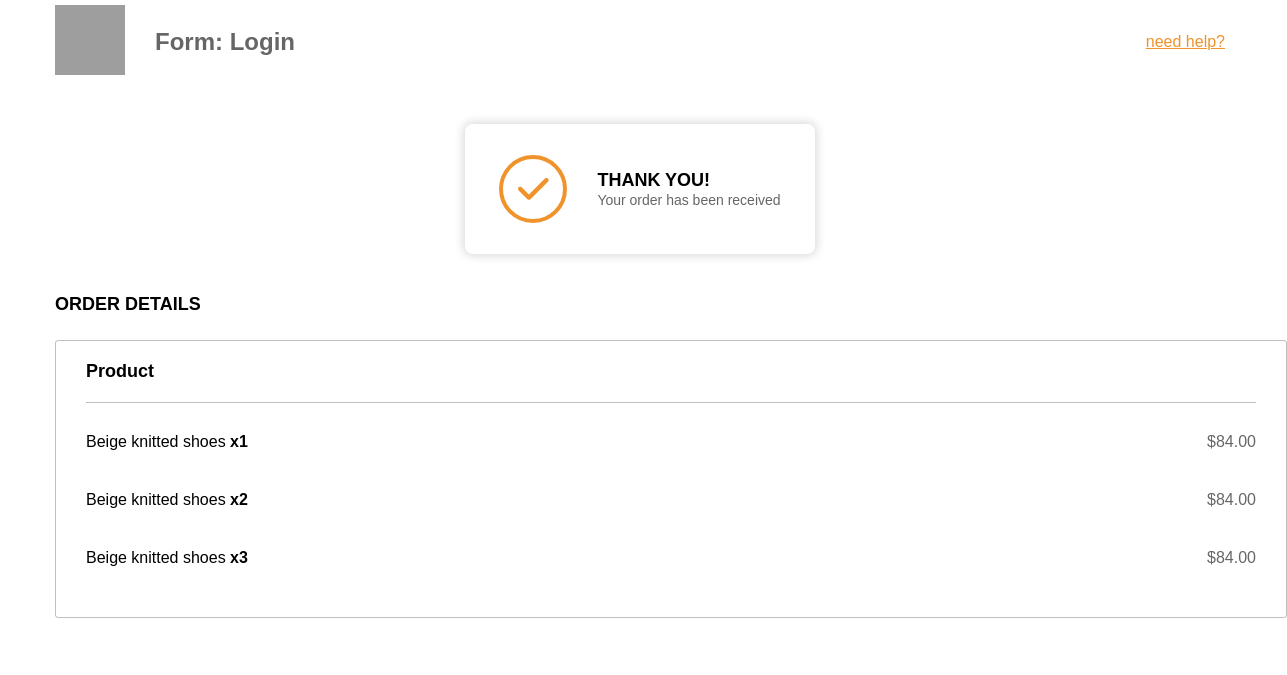
Repository: NguyenDucHung20002/project-homev1
Page: checkout/checkout.html
An editor plug-in stored every save of this project. The page is shown before and after the next save, followed by the edit.
The browser window is 1280 px wide. The page is 1287 px wide, so the pictures cover 1287 px, including what lies to the right of the window. The pictures show the whole page.
Pictures or frames that could not be fetched are drawn as grey boxes. The style sheet was rebuilt from its Sass, Less or Tailwind sources for each picture, by a compiler version that may differ from the author's.

Above is the page before, as saved 2022-09-20 10:19:15.

### checkout/checkout.html
<!DOCTYPE html>
<html lang="en">

<head>
    <meta charset="UTF-8">
    <meta http-equiv="X-UA-Compatible" content="IE=edge">
    <meta name="viewport" content="width=device-width, initial-scale=1.0">
    <!-- <link rel="stylesheet" href="../reset.css"> -->
    <link rel="stylesheet" href="../fontawesome-free-6.1.2-web/css/all.min.css">
    <link rel="stylesheet" href="../dist/css/checkout.css">
    <title>Document</title>
    <link rel="icon" href="/icon/favicon.png">
</head>

<body>
    <header>
        <div class="header">
            <div class="container">
                <div class="header-right">
                    <a href="../homev1.html"><img
                            src="http://wp.0effortthemes.com/themes/veggie/wp-content/uploads/2016/06/header-v3-logo.png"
                            alt=""></a>
                    <h2 class="name-form">Form: Login</h2>
                </div>
                <div class="header-left">
                    <a href="" class="help">need help?</a>
                </div>
            </div>
        </div>
    </header>

    <div class="content">
        <div class="container">
            <div class="thank-you">
                <i class="fa-solid fa-check"></i>
                <div class="title">
                    <span><strong>THANK YOU!</strong></span><br>
                    <span>Your order has been received</span>
                </div>
            </div>
            <span class="title-order-details"><strong>ORDER DETAILS</strong></span>
            <div class="order-details">
                <span class="title-product"><strong>Product</strong></span>
                <div class="cart-items">
                    <div class="items">
                        <span class="name-items">Beige knitted shoes <strong>x1</strong></span>
                        <span class="price-items">$84.00</span>
                    </div>
                    <div class="items">
                        <span class="name-items">Beige knitted shoes <strong>x2</strong></span>
                        <span class="price-items">$84.00</span>
                    </div>
                    <div class="items">
                        <span class="name-items">Beige knitted shoes <strong>x3</strong></span>
                        <span class="price-items">$84.00</span>
                    </div>
                </div>
                <div class="sub-total">

                </div>
            </div>
        </div>
    </div>

</body>

<script src="https://cdnjs.cloudflare.com/ajax/libs/jquery/3.6.0/jquery.min.js"
    integrity="sha512-894YE6QWD5I59HgZOGReFYm4dnWc1Qt5NtvYSaNcOP+u1T9qYdvdihz0PPSiiqn/+/3e7Jo4EaG7TubfWGUrMQ=="
    crossorigin="anonymous" referrerpolicy="no-referrer"></script>
<script src="./checkout.js"></script>

</html>

### checkout/checkout.js
// $(".btn-checkout").click((e) => {
//   e.preventDefault();
// });

### checkout/checkout.scss
* {
  font-family: "Poppins", sans-serif;
}
body {
  position: relative;
}
.container {
  margin: 0 auto;
  width: 1170px;
}
header {
  width: 100%;
  position: fixed;
  top: 0;
  left: 0;
  z-index: 10000;
  background-color: rgba(#ffffff, 0.8);
  .header {
    .container {
      display: flex;
      align-items: center;
      justify-content: space-between;
      padding: 5px;
      .header-right {
        display: flex;
        justify-content: flex-start;
        align-items: center;
        a {
          img {
            width: 70px;
            height: 70px;
          }
        }
        .name-form {
          color: #666;
          margin-left: 30px;
        }
      }
      .header-left {
        a {
          color: #f0932b;
        }
      }
    }
  }
}
.content {
  .container {
    background-color: #ffffff;
    margin-top: 84px;
    padding: 40px 0px;
    .thank-you {
      display: flex;
      align-items: center;
      justify-content: center;
      width: 350px;
      height: 130px;
      margin: 0 auto;
      border-radius: 8px;
      box-shadow: 0px 0px 10px 2px rgba(0, 0, 0, 0.15);
      i {
        color: #f0932b;
        text-align: center;
        line-height: 60px;
        width: 60px;
        height: 60px;
        border: 4px solid #f0932b;
        border-radius: 50%;
        font-size: 35px;
        font-weight: bold;
        margin-right: 30px;
      }
      .title {
        span {
          font-size: 14px;
          color: #666;
        }
        strong {
          color: black;
          font-size: 18px;
        }
      }
    }
    .title-order-details {
      display: inline-block;
      margin: 40px 0px 25px;
      color: black;
      font-size: 18px;
    }
    .order-details {
      width: 100%;
      border-radius: 3px;
      padding: 20px 30px;
      border: 0.5px solid rgba(0, 0, 0, 0.25);
      .title-product {
        display: inline-block;
        width: 100%;
        font-size: 18px;
        font-weight: bold;
        padding-bottom: 20px;
        border-bottom: 0.5px solid rgba(0, 0, 0, 0.25);
      }
      .cart-items {
        padding: 10px 0px;
        .items {
          display: flex;
          align-items: center;
          justify-content: space-between;
          padding: 20px 0px;
          .name-items {
          }
          .price-items {
            color: #666;
          }
        }
      }
      .sub-total {
        display: flex;
        align-items: center;
        justify-content: space-between;
      }
    }
  }
}

Loaded but not shown: fontawesome-free-6.1.2-web/css/all.min.css (library)

After the next save:
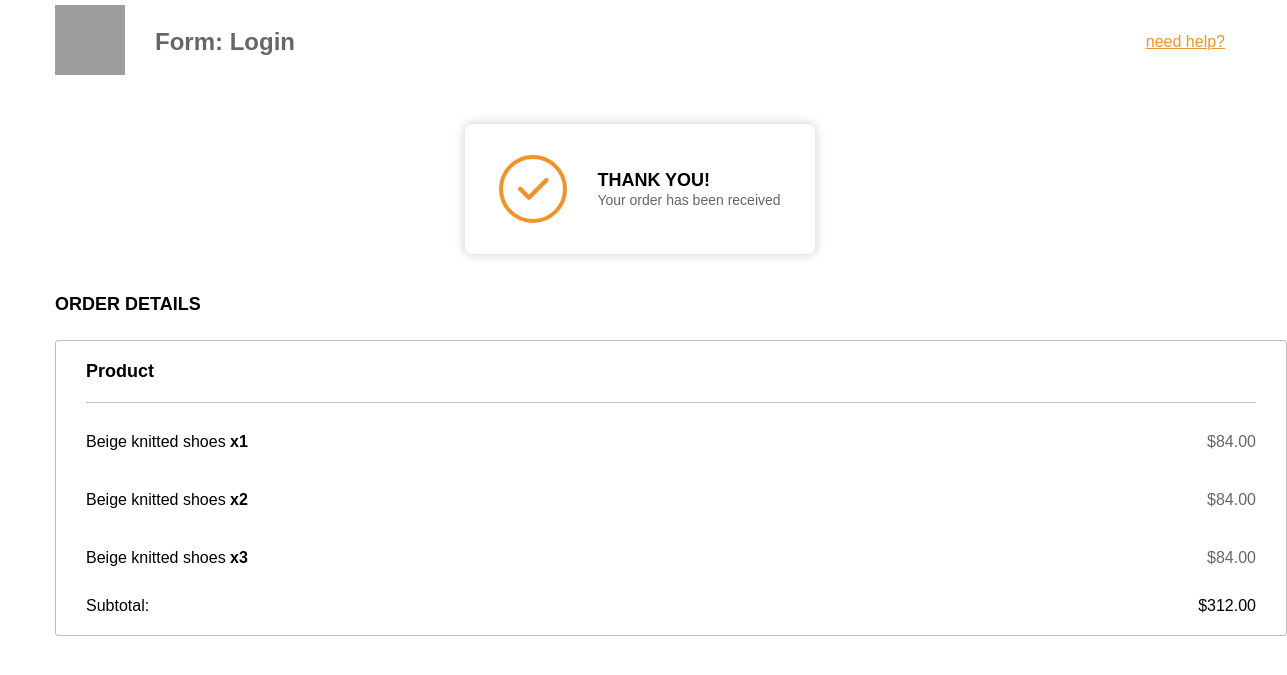
Saved 52 s later.
--- a/checkout/checkout.html
+++ b/checkout/checkout.html
@@ -56,7 +56,8 @@
                     </div>
                 </div>
                 <div class="sub-total">
-
+                    <span class="title-subtotal">Subtotal:</span>
+                    <span class="total-price">$312.00</span>
                 </div>
             </div>
         </div>
